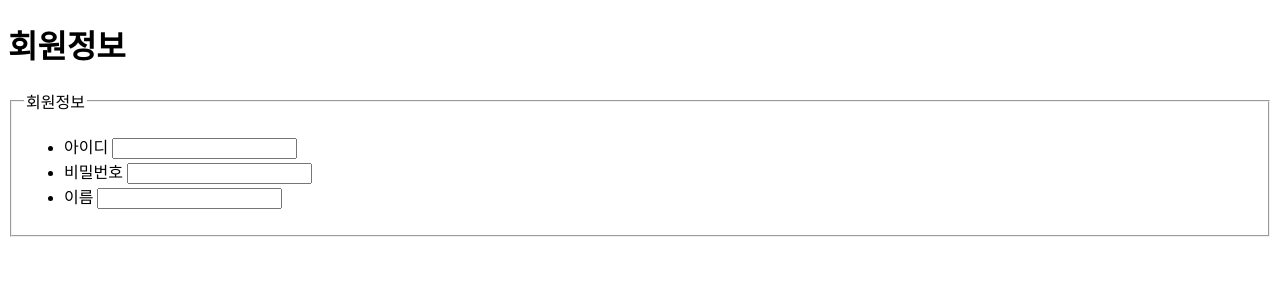
Repository: sgnq008-tech/JSP
Page: http://localhost/WebProject/test/memberForm.jsp
An editor plug-in stored every save of this project. The page is shown before and after the next save, followed by the edit.
The browser window is 1280 px wide. The pictures show the whole page.
The page is served by Tomcat 9.

Above is the page before, as saved 2026-09-08 01:34:08.

After the next save:
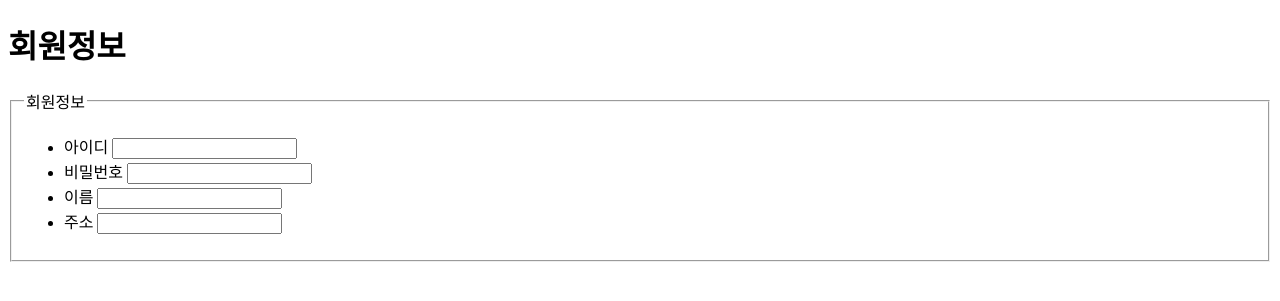
Saved 23 s later.
--- a/jsp_workspace/WebProject/src/main/webapp/test/memberForm.jsp
+++ b/jsp_workspace/WebProject/src/main/webapp/test/memberForm.jsp
@@ -24,6 +24,10 @@
                                        <label>이름</label>
                                        <input type="text" name="username">
                               </li>
+                               <li>
+                                       <label>주소</label>
+                                       <input type="text" name="username">
+                              </li>
 
 
                         </ul>
